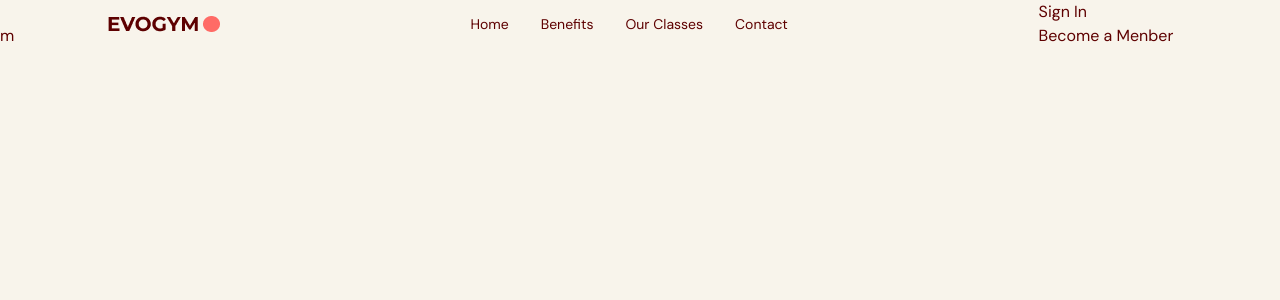
Repository: YUKIKAZE-nanoda/gym-typescript
Page: /
The author's editor kept a copy of each file at every save. The page is drawn from the files as they stood at one save, then again after the next save.
The browser window is 1280 px wide. The pictures show the whole page.
The project was rebuilt for these pictures with package versions that can differ from the ones it lists, and the page was loaded fresh each time. Also part of the build but not shown: vite.config.ts.

Above is the page before, as saved 2023-08-02 22:42:21.

### src/App.tsx
import Navbar from "@/scenes/navbar";
function App() {

  return (
    <div className='app bg-gray-20'>
      <Navbar />
    </div>
  );
}

export default App

### src/index.css
@import url('https://fonts.googleapis.com/css2?family=DM+Sans:wight@400;500;700&display=swap');

@tailwind base;
@tailwind components;
@tailwind utilities;

html,
body,
#root,
.app{
  height: 100%;
  width: 100%;
  font-family: "DM Sans", sans-serif;
  @apply text-gray-500;
}

### src/scenes/navbar/index.tsx
import { useState } from "react";

import { Bars3Icon, XMarkIcon } from "@heroicons/react/24/solid";
import Logo from "@/assets/Logo.png";
type Props = {};

const Navbar = (props: Props) => {
    const flexBetween = "flex items-center justify-between";
    return <nav>
        <div className={`${flexBetween} fixed top-0 z-30 w-full py-6`}>
            m
        </div>
        <div className={`${flexBetween} mx-auto w-5/6`}>
            <div className={`${flexBetween} w-full gap-16`}>
                <img alt="logo" src={Logo} />

                <div className={`${flexBetween} gap-8 text-sm`}>
                    <p>Home</p>
                    <p>Benefits</p>
                    <p>Our Classes</p>
                    <p>Contact</p>
                </div>
                <div className={`$`}>
                    <p>Sign In</p>
                    <button>Become a Menber</button>
                </div>
            </div>
        </div>
    </nav>

}

export default Navbar;

### tailwind.config.js
/** @type {import('tailwindcss').Config} */
export default {
  content: ["./index.html", "./src/**/*.{js,ts,jsx,tsx}"],
  theme: {
    extend: {
      colors: {
        "gray-20": "#F8F4EB",
        "gray-50": "#EFE6E6",
        "gray-100": "#DFCCCC",
        "gray-500": "#5E0000",
        "primary-100": "#FFE1E0",
        "primart-300": "#FFA6A3",
        "primary-500": "#FF6B66",
        "secondary-400": "#FFCD58",
        "secondary-500": "#FFC132",
      },
      backgroundImage: () => ({
        "gradient-yellowerd":
          "linear-gradient(90deg, #FF616A 0%, #FFC837 100%)",
        "mobile-home": "url('./assets/HomePageGraphic.png')",
      }),
      fontFamily: {
        dmsans: ["DM Sans", "sans-serif"],
        montserrat: ["Montserrat", "sans-serif"],
      },
      content: {
        evolvetext: "url('./assets/EvolveText.png')",
        abstractwaves: "url('./assets/AbstractWaves.png')",
        sparkles: "url('./assets/Sparkles.png')",
        circles: "url('./assets/Circles.png')",

      }
    },
    screens: {
      xs:"480px",
      sm:"768px",
      md:"1060px",

    }
  },
  plugins: [],
};

Loaded but not shown: index.html (common file); src/main.tsx (common file)

After the next save:
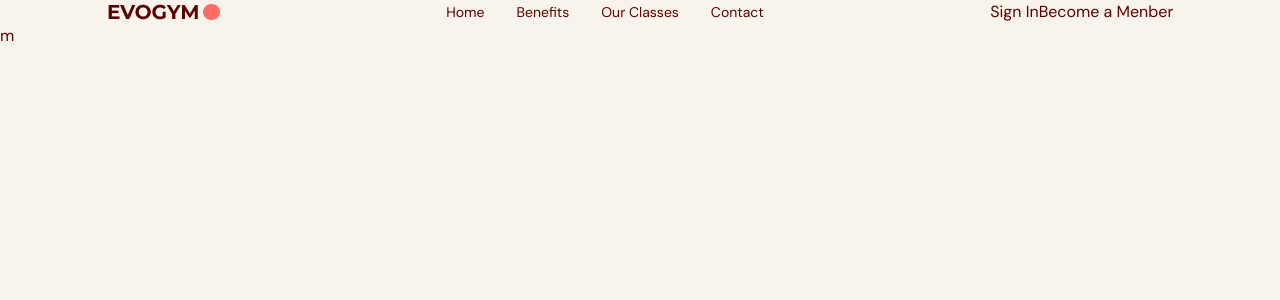
Saved 5 s later.
--- a/src/scenes/navbar/index.tsx
+++ b/src/scenes/navbar/index.tsx
@@ -20,7 +20,7 @@
                     <p>Our Classes</p>
                     <p>Contact</p>
                 </div>
-                <div className={`$`}>
+                <div className={`${flexBetween}`}>
                     <p>Sign In</p>
                     <button>Become a Menber</button>
                 </div>
